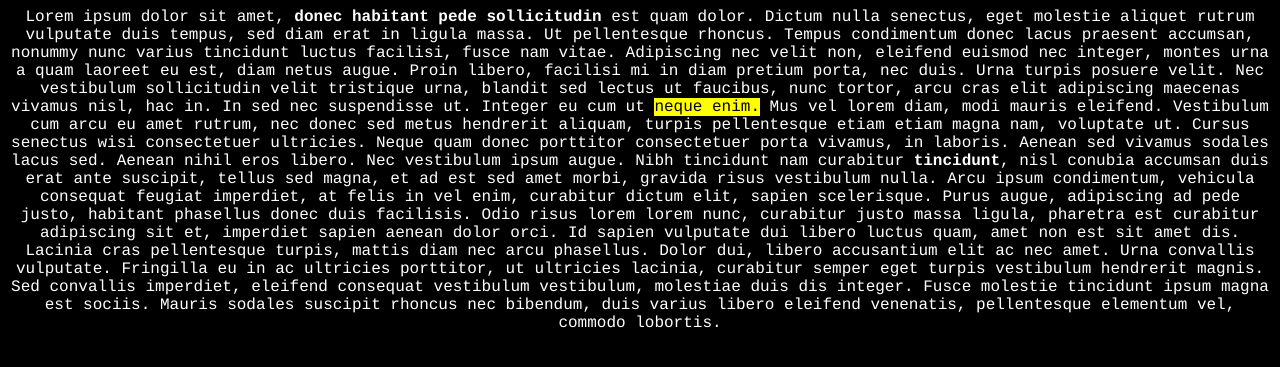
Repository: diasm568/diasm568.github.io
Page: lab/composition.html
The author's editor kept a record of every edit. The page is drawn from the files as they stood at one moment, then again after the next edit.
The browser window is 1280 px wide. The pictures show the whole page.

Above is the page before.

After the next edit:
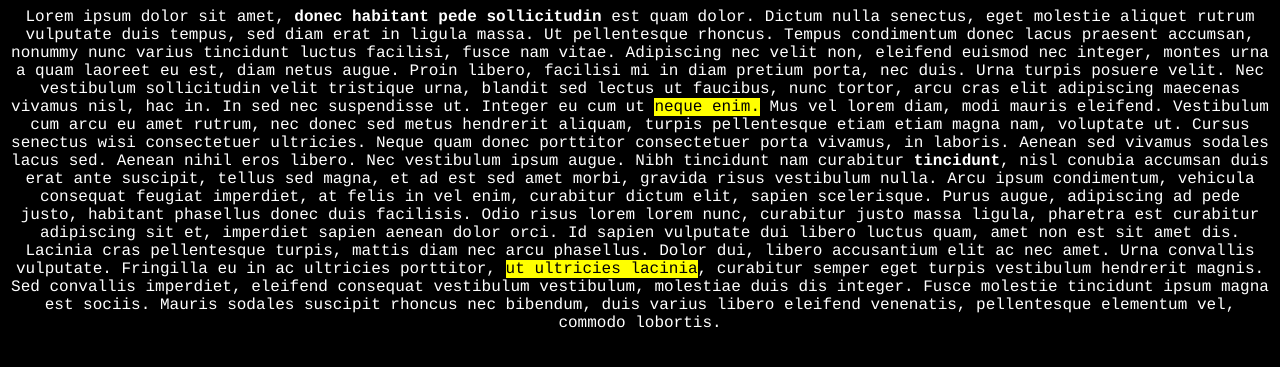
The edit:
--- a/lab/composition.html
+++ b/lab/composition.html
@@ -5,7 +5,7 @@
 Lorem ipsum dolor sit amet, <strong>donec habitant pede sollicitudin</strong> est quam dolor. Dictum nulla senectus, eget molestie aliquet rutrum vulputate duis tempus, sed diam erat in ligula massa. Ut pellentesque rhoncus. Tempus condimentum donec lacus praesent accumsan, nonummy nunc varius tincidunt luctus facilisi, fusce nam vitae. Adipiscing nec velit non, eleifend euismod nec integer, montes urna a quam laoreet eu est, diam netus augue. Proin libero, facilisi mi in diam pretium porta, nec duis. Urna turpis posuere velit. Nec vestibulum sollicitudin velit tristique urna, blandit sed lectus ut faucibus, nunc tortor, arcu cras elit adipiscing maecenas vivamus nisl, hac in. In sed nec suspendisse ut.
 Integer eu cum ut <mark>neque enim.</mark> Mus vel lorem diam, modi mauris eleifend. Vestibulum cum arcu eu amet rutrum, nec donec sed metus hendrerit aliquam, turpis pellentesque etiam etiam magna nam, voluptate ut. Cursus senectus wisi consectetuer ultricies. Neque quam donec porttitor consectetuer porta vivamus, in laboris. Aenean sed vivamus sodales lacus sed. Aenean nihil eros libero. Nec vestibulum ipsum augue.
 Nibh tincidunt nam curabitur <strong>tincidunt</strong>, nisl conubia accumsan duis erat ante suscipit, tellus sed magna, et ad est sed amet morbi, gravida risus vestibulum nulla. Arcu ipsum condimentum, vehicula consequat feugiat imperdiet, at felis in vel enim, curabitur dictum elit, sapien scelerisque. Purus augue, adipiscing ad pede justo, habitant phasellus donec duis facilisis. Odio risus lorem lorem nunc, curabitur justo massa ligula, pharetra est curabitur adipiscing sit et, imperdiet sapien aenean dolor orci. Id sapien vulputate dui libero luctus quam, amet non est sit amet dis. Lacinia cras pellentesque turpis, mattis diam nec arcu phasellus. Dolor dui, libero accusantium elit ac nec amet.
-Urna convallis vulputate. Fringilla eu in ac ultricies porttitor, ut ultricies lacinia, curabitur semper eget turpis vestibulum hendrerit magnis. Sed convallis imperdiet, eleifend consequat vestibulum vestibulum, molestiae duis dis integer. Fusce molestie tincidunt ipsum magna est sociis. Mauris sodales suscipit rhoncus nec bibendum, duis varius libero eleifend venenatis, pellentesque elementum vel, commodo lobortis.
+Urna convallis vulputate. Fringilla eu in ac ultricies porttitor, <mark>ut ultricies lacinia</mark>, curabitur semper eget turpis vestibulum hendrerit magnis. Sed convallis imperdiet, eleifend consequat vestibulum vestibulum, molestiae duis dis integer. Fusce molestie tincidunt ipsum magna est sociis. Mauris sodales suscipit rhoncus nec bibendum, duis varius libero eleifend venenatis, pellentesque elementum vel, commodo lobortis.
 </font>
 </body>
 </center>
